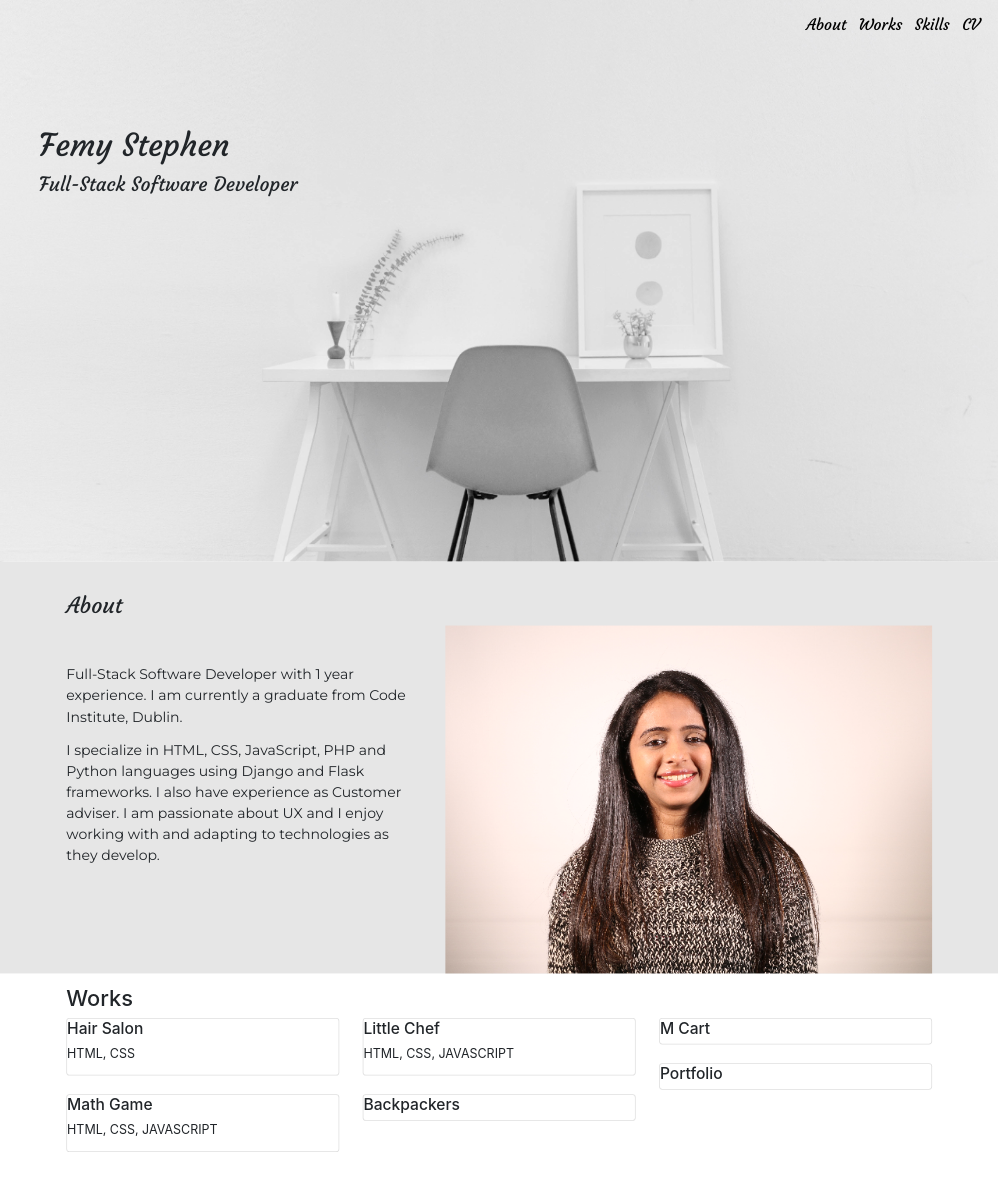
Repository: femy16/FemyStephen
Page: index.html
The author's editor kept a record of every edit. The page is drawn from the files as they stood at one moment, then again after the next edit.
The browser window is 1280 px wide. The pictures show the whole page, at 78% of full size.
Backgrounds fixed to the window are drawn as part of the page. Some web libraries are served in a nearby version.

Above is the page before.
Not found: hover.css

### index.html
<!DOCTYPE html>
<html lang="en">

<head>
    <meta charset="UTF-8">
    <meta name="viewport" content="width=device-width, initial-scale=1.0">
    <meta http-equiv="X-UA-Compatible" content="ie=edge">
    <link href="https://fonts.googleapis.com/css?family=Courgette|Kaushan+Script|Montserrat:300i&display=swap" rel="stylesheet">
    <link rel="stylesheet" href="https://use.fontawesome.com/releases/v5.3.1/css/all.css" integrity="sha384-mzrmE5qonljUremFsqc01SB46JvROS7bZs3IO2EmfFsd15uHvIt+Y8vEf7N7fWAU" crossorigin="anonymous">
    <link rel="stylesheet" href="hover.css" type="text/css" />
    <link rel="stylesheet" href="https://maxcdn.bootstrapcdn.com/bootstrap/4.0.0/css/bootstrap.min.css" integrity="sha384-Gn5384xqQ1aoWXA+058RXPxPg6fy4IWvTNh0E263XmFcJlSAwiGgFAW/dAiS6JXm" crossorigin="anonymous">
    <link rel="stylesheet" href="style.css" type="text/css" />
    <link href="https://fonts.googleapis.com/css?family=Montserrat" rel="stylesheet">
    <title>Femy Stephen</title>
</head>

<body>
    <header id="landing-view">


        <nav class="navbar navbar-expand-md navbar-masthead navbar-default navbar-fixed-top">
            <div class="container topmenu">


                <button class="navbar-toggler" type="button" data-toggle="collapse" data-target="#collapsibleNavbar">
    <span class="fa fa-bars" ></span>
  </button>
            </div>
            <div class="collapse navbar-collapse" id="collapsibleNavbar">
                <ul class="navbar-nav">
                    <li class="nav-item">
                        <a class="nav-link" href="#about">About</a>
                    </li>
                    <li class="nav-item">
                        <a class="nav-link" href="#works">Works</a>
                    </li>
                    <li class="nav-item">
                        <a class="nav-link" href="products.html">Skills</a>
                    </li>
                    <li class="nav-item">
                        <a class="nav-link" href="contac_us.html">CV</a>
                    </li>
                </ul>
            </div>
        </nav>
        <div class="headercontainer">
            <h1 class="name">Femy Stephen</h1>
            <p class="title">Full-Stack Software Developer</p>

        </div>

    </header>
    <!--<div class="spacer"></div>-->
    <main>
        <div id="about">
            <div class="container">
                <h3 class="abouthead">About</h3>
                <div class="row">
                    <p>
                        <div class="col discri">
                            <p>Full-Stack Software Developer with 1 year experience. I am currently a graduate from Code Institute, Dublin.</p>
                            <p>I specialize in HTML, CSS, JavaScript, PHP and Python languages using Django and Flask frameworks. I also have experience as Customer adviser. I am passionate about UX and I enjoy working with and adapting to technologies as
                                they develop.</p>
                        </div>
                        <div class="col"><img src="images/fmimg.JPG"></div>
                </div>
                </p>
            </div>
        </div>


        <div id="works">
            <div class="container">
                <h3 class="workshead">Works</h3>
                <div class="row">
                    <p>
                        <div class="col workbox">
                            <div class="card">
                                <h5>Hair Salon</h5>
                                <p>HTML, CSS</p>
                                </div><br />
                                <div class="card">
                                    <h5>Math Game</h5>
                                    <p>HTML, CSS, JAVASCRIPT</p>
                                </div><br />

                        </div>
                        <div class="col">
                             <div class="card">
                                  <h5>Little Chef</h5>
                                  <p>HTML, CSS, JAVASCRIPT</p>
                                </div><br />
                            <div class="card">
                                <h5>Backpackers</h5>
                                </div><br />
                        </div>
                        <div class="col">

                                <div class="card">
                                    <h5>M Cart</h5>
                                </div><br />
                                <div class="card">
                                     <h5>Portfolio</h5>
                                </div><br />
                        </div>
                </div>
                </p>
            </div>
        </div>

    </main>

    <footer>

    </footer>



    <script src="https://code.jquery.com/jquery-3.2.1.slim.min.js" integrity="sha384-KJ3o2DKtIkvYIK3UENzmM7KCkRr/rE9/Qpg6aAZGJwFDMVNA/GpGFF93hXpG5KkN" crossorigin="anonymous"></script>
    <script src="https://cdnjs.cloudflare.com/ajax/libs/popper.js/1.12.9/umd/popper.min.js" integrity="sha384-ApNbgh9B+Y1QKtv3Rn7W3mgPxhU9K/ScQsAP7hUibX39j7fakFPskvXusvfa0b4Q" crossorigin="anonymous"></script>
    <script src="https://maxcdn.bootstrapcdn.com/bootstrap/4.0.0/js/bootstrap.min.js" integrity="sha384-JZR6Spejh4U02d8jOt6vLEHfe/JQGiRRSQQxSfFWpi1MquVdAyjUar5+76PVCmYl" crossorigin="anonymous"></script>
</body>

</html>

### style.css
.navbar {
    background-color: transparent;
    text-align:right;

}

.navbar-fixed-top .container {

    text-align: right;
    margin-right: 1%;
    margin-top: 1%;

}
#landing-view {
    background-attachment: fixed;
    background-image: url('images/landing.jpg');
    background-position: bottom;
    background-size: cover;
    height: 100vh;
    width: 100vw;
    margin-bottom: 0px;
    z-index: 1;
}

body{

    /*background-color: #fdfdfd;*/
    width: 100%;
}


/*.spacer {*/
/*    width: 100%;*/
/*    height: 170px;*/
/*}*/


.nav-link {
    font-family: 'Courgette', cursive;
    font-size: 20px;
    color: black;
    padding-left: 40px;
    padding-right: 40px;
}

/*.nav-item {*/
/*    display: inline-block;*/
/*    padding: 10px;*/
/*    padding-left: 40px;*/
/*    padding-right: 40px;*/
/*}*/
.headercontainer{
    margin-top:100px;
   padding-left: 50px;
   font-family: 'Courgette', cursive;

}
.title{
    font-size:25px;

}
.name{
    font-size:40px;
}
#about{
    background-color: #e6e6e6;
}
.abouthead{
    padding-top:40px;
    font-family: 'Courgette', cursive;
}
.discri{
    margin-top:50px;
    font-family: 'Montserrat', sans-serif;
    font-size: 18px;
}

After the next edit:
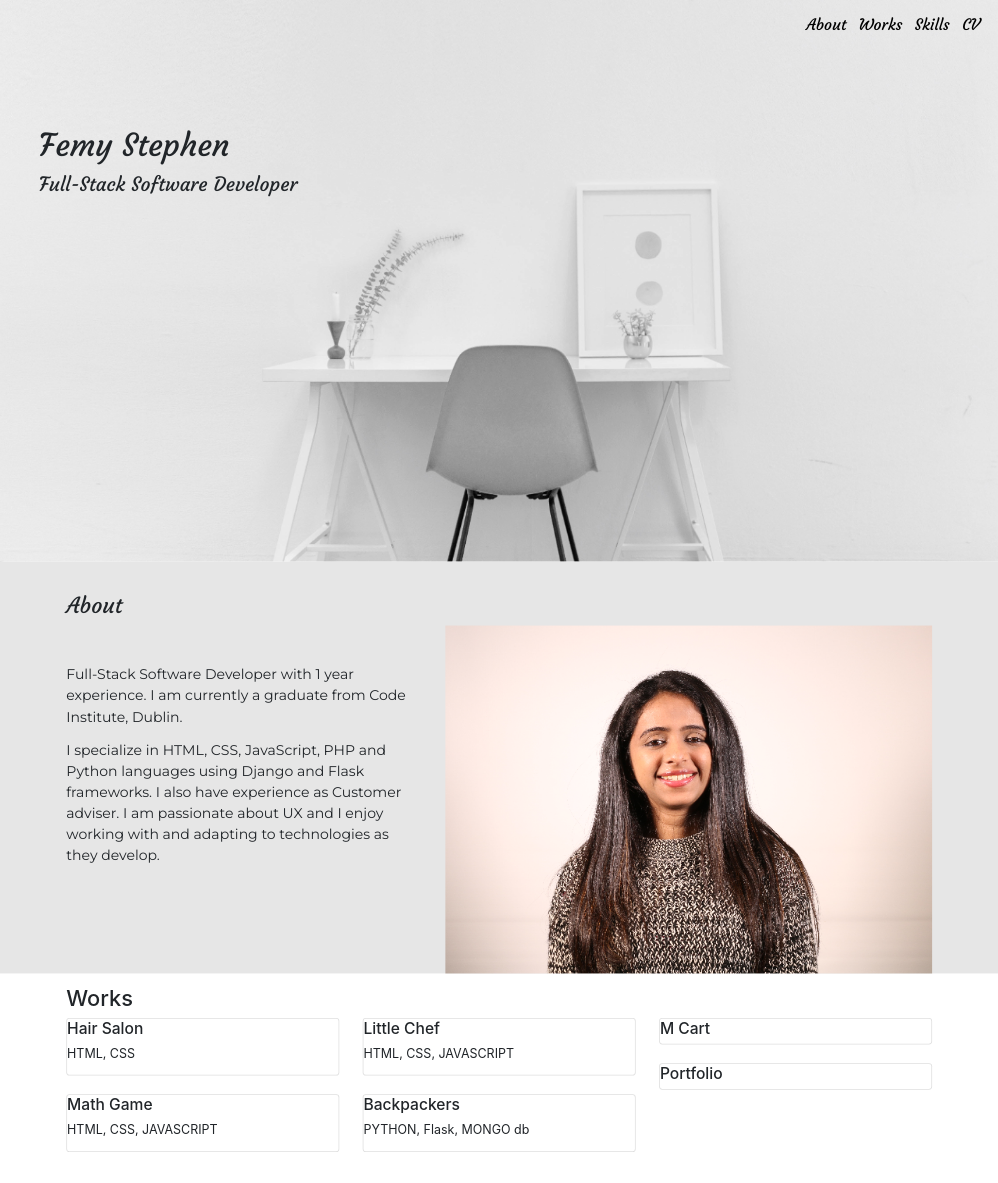
The edit:
--- a/index.html
+++ b/index.html
@@ -92,6 +92,7 @@
                                 </div><br />
                             <div class="card">
                                 <h5>Backpackers</h5>
+                                 <p>PYTHON, Flask, MONGO db</p>
                                 </div><br />
                         </div>
                         <div class="col">
